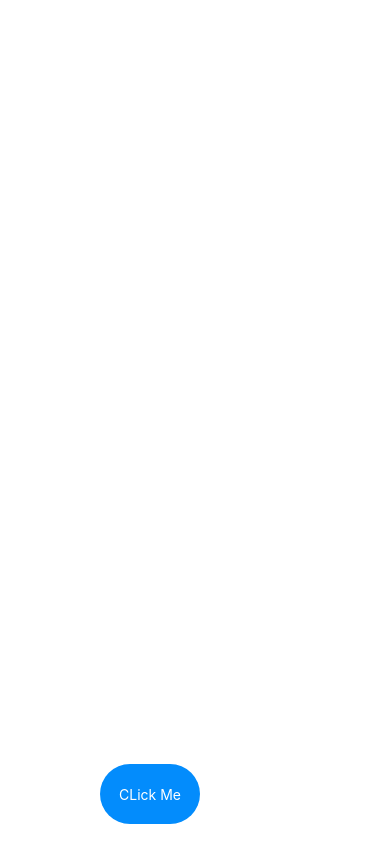
Repository: CodeBunny786/React-Native-Reveal-Animation
Screen: /
The author's editor kept a copy of each file at every save. The screen is drawn from the files as they stood at one save, then again after a run of saves.
The app was drawn by React Native's web renderer in a window 390 px wide. The project was rebuilt for these pictures with package versions that can differ from the ones it lists, and the page was loaded fresh each time.

Above is the screen before, as saved 2019-10-28 12:00:20.

After the next 2 saves:
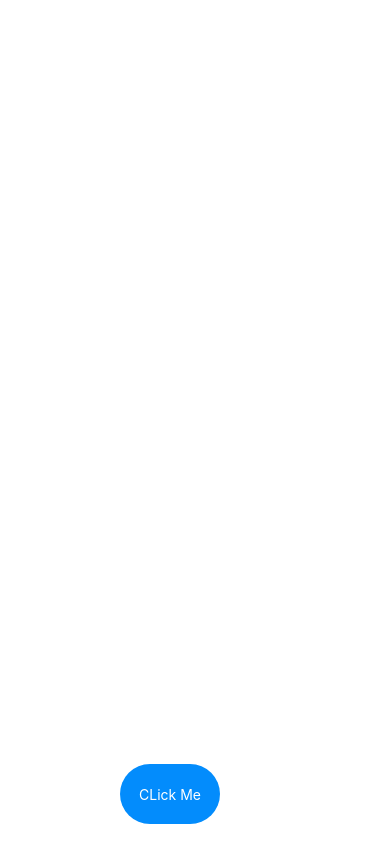
The 2 saves are shown as one change because they came seconds apart.
The last was saved 9 s later.
--- a/App.js
+++ b/App.js
@@ -62,7 +62,7 @@ const styles = StyleSheet.create({
     height: 60,
     bottom: 20,
      right: 20,
-     left:100,
+     left:120,
     borderRadius: 30,
   },
   button: {
@@ -79,7 +79,7 @@ const styles = StyleSheet.create({
     bottom: 20,
     // right: 20,
     right: 20,
-     left:100,
+     left:120,
   },
   other: {
     backgroundColor: "#FFF",
